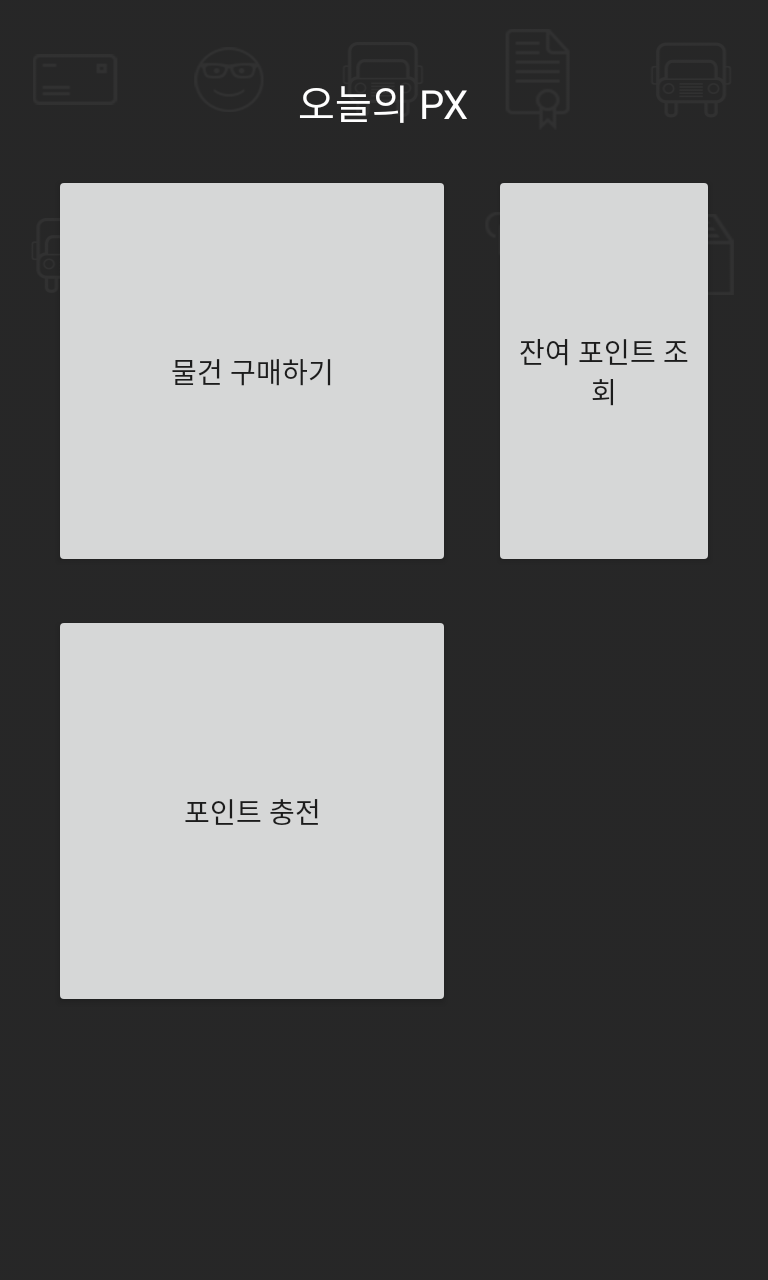
Repository: Jeonilju/rap
Layout: Demo/PxForRAP/res/layout/activity_main.xml
The author's editor kept a copy of each file at every save. The layout is drawn from the files as they stood at one save, then again after the next save.
It is drawn on a 768 x 1280 px phone screen (xhdpi) without system bars, with theme AppTheme; the app's code is not run.

Above is the layout before, as saved 2015-07-22 21:22:44.

### Demo/PxForRAP/res/layout/activity_main.xml
<RelativeLayout xmlns:android="http://schemas.android.com/apk/res/android"
    xmlns:tools="http://schemas.android.com/tools"
    android:layout_width="match_parent"
    android:layout_height="match_parent"
    android:paddingBottom="@dimen/activity_vertical_margin"
    android:paddingLeft="@dimen/activity_horizontal_margin"
    android:paddingRight="@dimen/activity_horizontal_margin"
    android:paddingTop="@dimen/activity_vertical_margin"
    tools:context="com.example.dangzicforrap.MainActivity"
    android:background="@drawable/main_background" >

    <TextView
        android:id="@+id/main_title"
        android:layout_width="wrap_content"
        android:layout_height="wrap_content"
        android:text="오늘의 PX"
        android:textSize="20sp"
        android:textColor="#ffffff"
        android:layout_centerHorizontal="true"
        android:layout_marginTop="20dp"
        android:layout_marginBottom="10dp"/>

    <Button
        android:id="@+id/main_btn_buy"
        android:layout_width="200dp"
        android:layout_height="200dp"
        android:layout_margin="10dp"
        android:layout_below="@id/main_title"
        android:text="물건 구매하기"/>

    <Button
        android:id="@+id/main_btn_point"
        android:layout_width="200dp"
        android:layout_height="200dp"
        android:layout_margin="10dp"
        android:layout_below="@id/main_title"
        android:layout_toRightOf="@id/main_btn_buy"
        android:text="잔여 포인트 조회"/>

    <Button
        android:id="@+id/main_btn_charge"
        android:layout_width="200dp"
        android:layout_height="200dp"
        android:layout_margin="10dp"
        android:layout_below="@id/main_btn_buy"
        android:text="포인트 충전"/>

    <Button
        android:id="@+id/main_btn_charge"
        android:layout_width="200dp"
        android:layout_height="200dp"
        android:layout_margin="10dp"
        android:layout_below="@id/main_btn_buy"
        android:layout_toRightOf="@id/main_btn_charge"
        android:text="포인트 충전"/>


</RelativeLayout>

Loaded but not shown: Demo/PxForRAP/res/values/styles.xml (common file); Demo/PxForRAP/res/values-v11/styles.xml (common file); Demo/PxForRAP/res/values-v14/styles.xml (common file); Demo/PxForRAP/res/values/dimens.xml (common file); Demo/PxForRAP/res/values-w820dp/dimens.xml (common file)

After the next save:
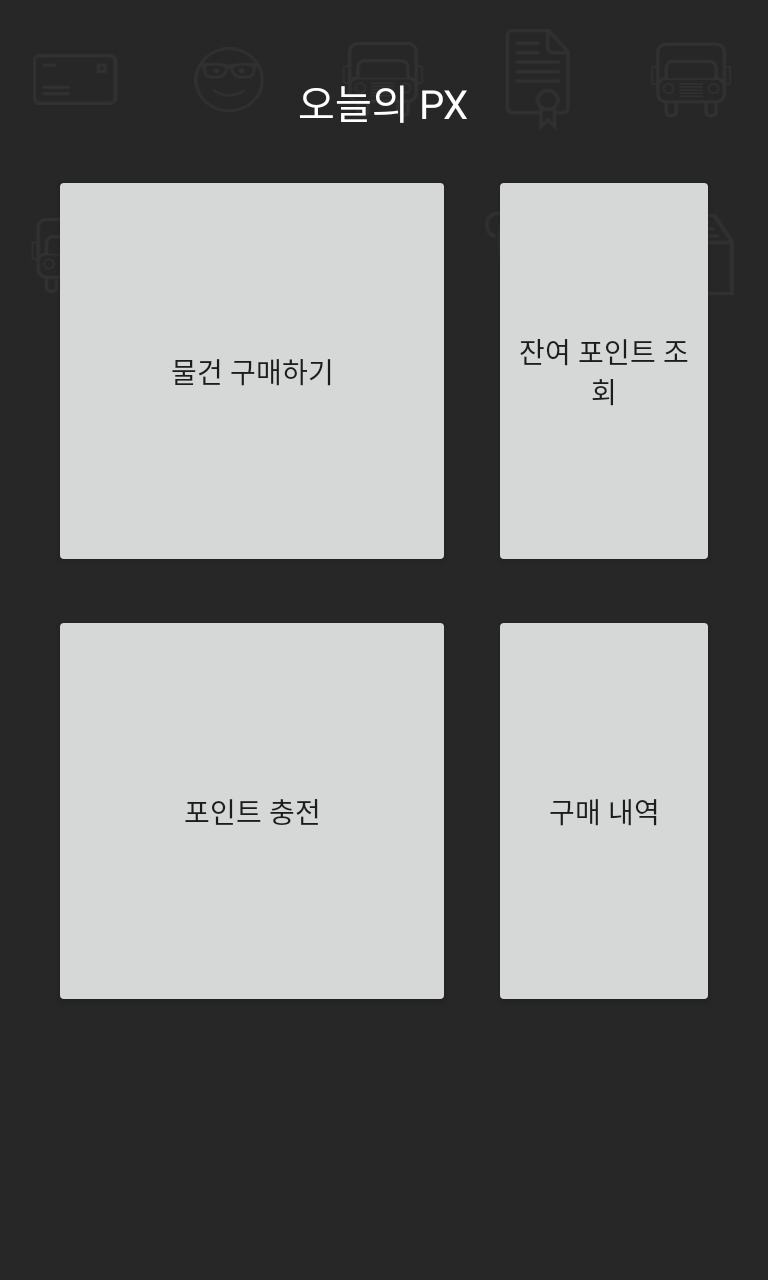
Saved 21 s later.
--- a/Demo/PxForRAP/res/layout/activity_main.xml
+++ b/Demo/PxForRAP/res/layout/activity_main.xml
@@ -46,13 +46,13 @@
         android:text="포인트 충전"/>
 
     <Button
-        android:id="@+id/main_btn_charge"
+        android:id="@+id/main_btn_buylist"
         android:layout_width="200dp"
         android:layout_height="200dp"
         android:layout_margin="10dp"
         android:layout_below="@id/main_btn_buy"
         android:layout_toRightOf="@id/main_btn_charge"
-        android:text="포인트 충전"/>
+        android:text="구매 내역"/>
 
 
 </RelativeLayout>
